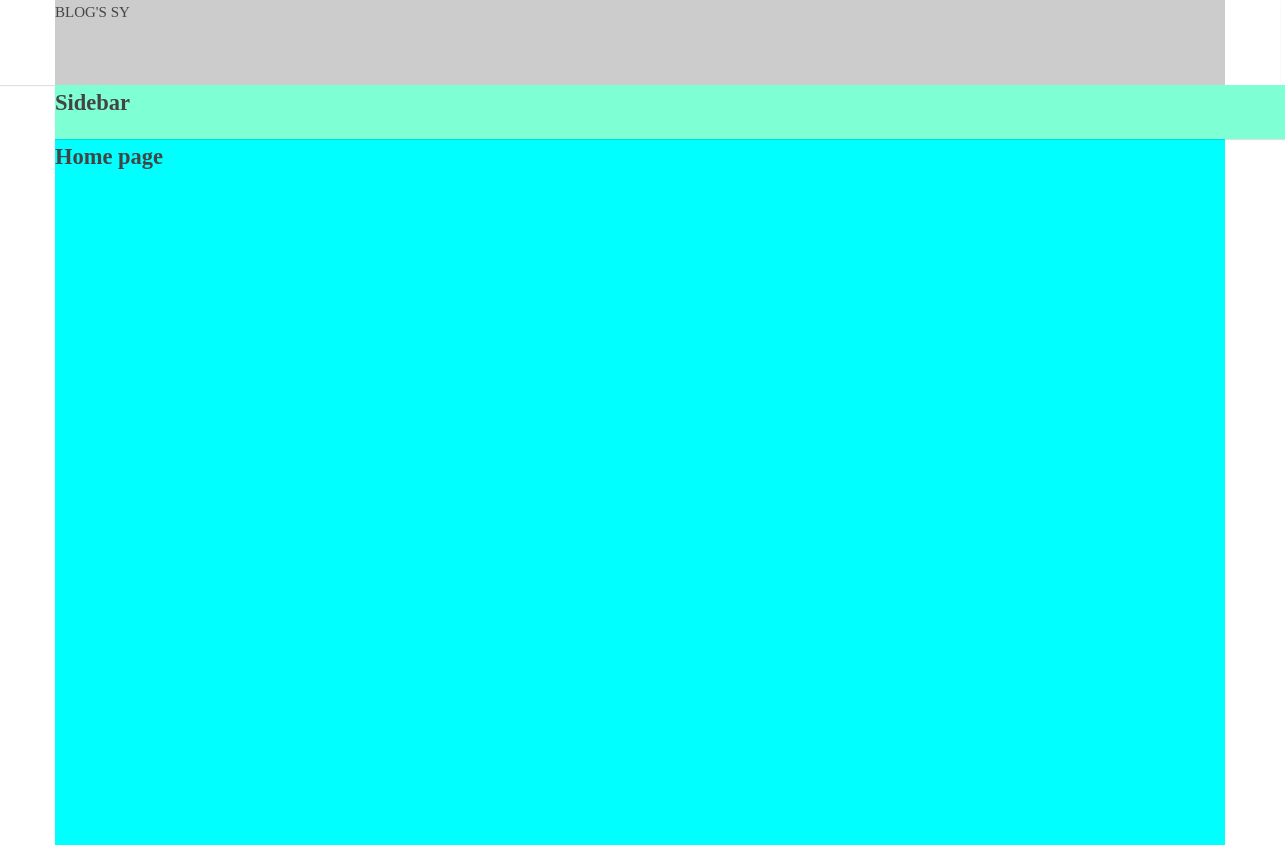
Repository: SyLe-Van/Make-Colorful
Page: /
These files come from the project's save history. The page is drawn as it stood at one moment and after the next save; the edit follows.
The browser window is 1280 px wide. The page is 1285 px wide, so the pictures cover 1285 px, including what lies to the right of the window. The pictures show the whole page.
Some web fonts or font styles are not loaded; a fallback is used. The project was rebuilt for these pictures with package versions that can differ from the ones it lists, and the page was loaded fresh each time. Also part of the build but not shown: src/pages/cinema/index.js, src/pages/fashion/index.js, src/pages/grooming/index.js, src/pages/lifestyle/index.js, src/pages/contact/index.js.

Above is the page before, as saved 2023-10-10 20:50:49.

After the next save:
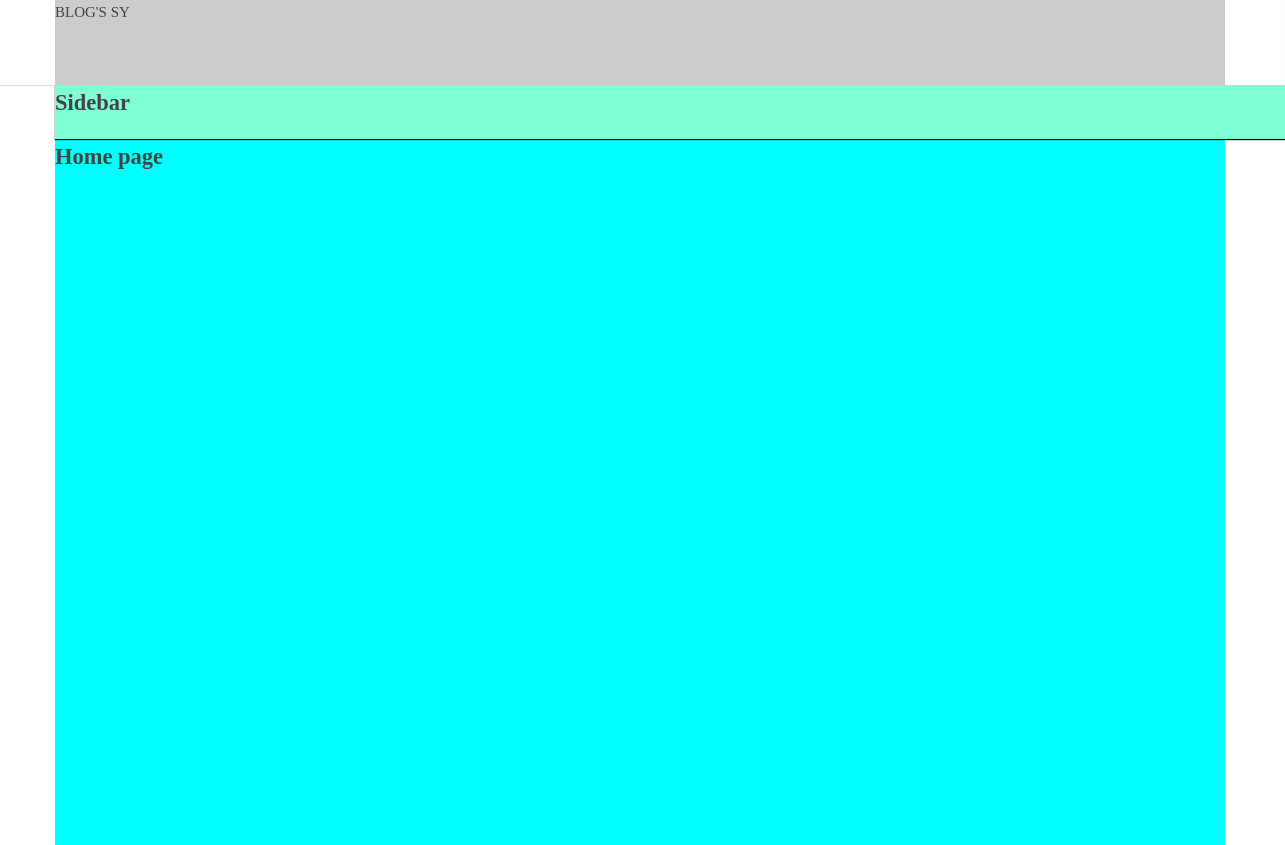
Saved 30 s later.
--- a/src/components/Layout/DefaultLayout/Sidebar/Sidebar.module.scss
+++ b/src/components/Layout/DefaultLayout/Sidebar/Sidebar.module.scss
@@ -2,5 +2,5 @@
     width: 1230px;
     min-height: 54px;
     background-color: aquamarine;
-    box-shadow: 0px 1px 1px rgb(0 0 0 / 12%);
+    box-shadow: 0px 1px 1px rgb(0, 0, 0);
 }
